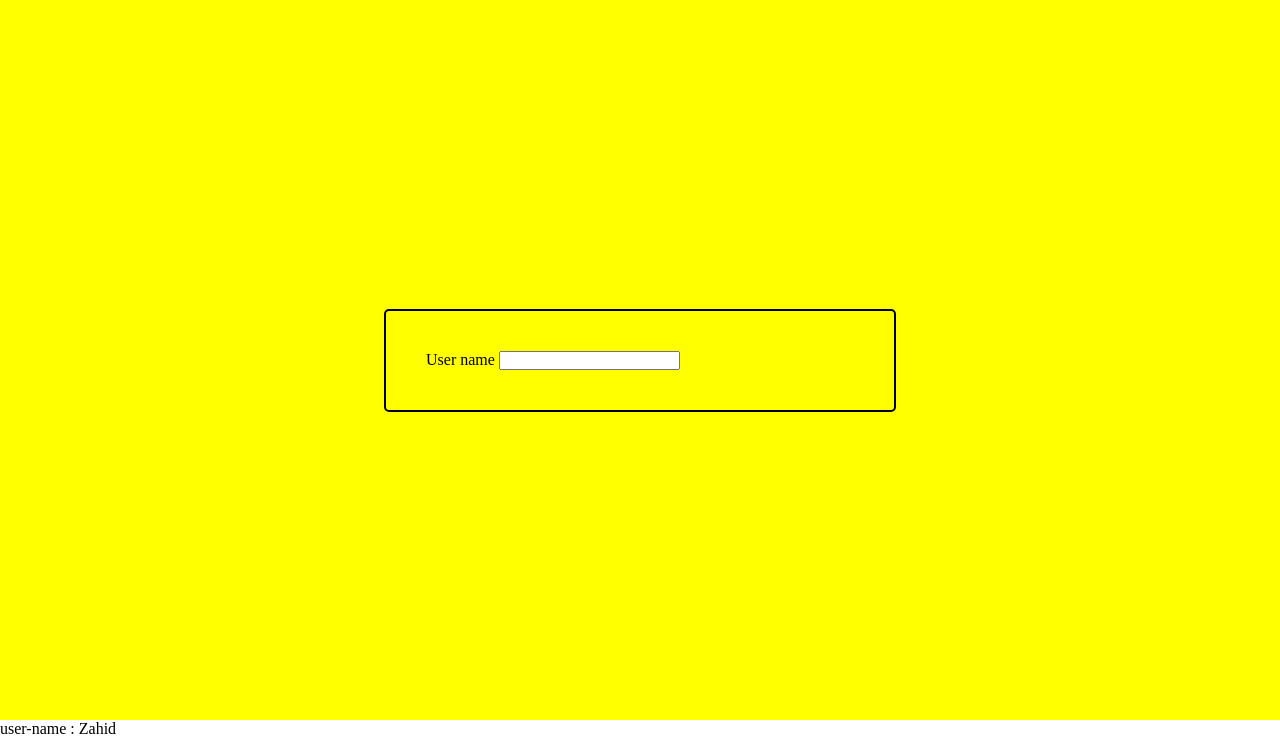
Repository: AytacSafarova/Figma--task
Page: index.html
These files come from the project's save history. The page is drawn as it stood at one moment and after the next save; the edit follows.
The browser window is 1280 px wide. The pictures show the whole page.

Above is the page before, as saved 2023-08-04 15:40:55.
Console error: ReferenceError: camelcase is not defined

### index.html
<!DOCTYPE html>
<html lang="en">

<head>
    <meta charset="UTF-8">
    <meta name="viewport" content="width=device-width, initial-scale=1.0">
    <title>Document</title>
    <link rel="stylesheet" href="./index.css">
</head>
<body>
    <div class="container">
     <form action="">
        <label for="user-name">
            User name
            <input name="user-name" type="text">
        </label>
     </form>
    </div>
</body>
<script src="index.js"></script>

</html>
user-name : Zahid

### index.css
@import url("https://fonts.googleapis.com/css2?family=Roboto&family=Roboto+Slab:wght@700&display=swap");
* {
  margin: 0;
  padding: 0;
  box-sizing: border-box;
}
.container {
  /* padding: 214px 0 231px 121px; */
  width: 100%;
  min-height: 100vh;
  display: flex;
  justify-content:center;
  align-items: center;
  background-color: yellow;
}
.container h1 {
  color: #000;
  font-family: Roboto Slab;
  font-size: 55px;
  font-style: normal;
  font-weight: 700;
  line-height: 101.385%;
}
.container ul {
  margin-top: 62px;
  width: 672px;
}
.container ul li {
  color: #000;
  font-family: Roboto;
  font-size: 24px;
  font-style: normal;
  font-weight: 400;
  line-height: 150%;
}

/* tablet style */
@media screen and (max-width:1024px) {
  .container {
    padding: 127px 0 160px 65px;
  }
  .container h1 {
    font-size: 32px;
  }
  .container ul {
    margin-top: 20px;
    width: 398px;
  }
  .container ul li {
    font-size: 14px;
  }
}

/* mobile style */
@media screen and (max-width: 768px) {

}


span{
  background-color: violet;
  /* display: inline; */
}
.child{
  background-color: teal;
  width: 300px;
  height: 200px;
  margin-right: 20px;

  color: white;
  font-size: 40px;
}

form{
width: 40%;
padding: 40px;
border-radius: 5px;
border:  2px solid black;
}

### index.js
let a=4
a=a+2
a+=2
let userName
camelcase
// kebab case

After the next save:
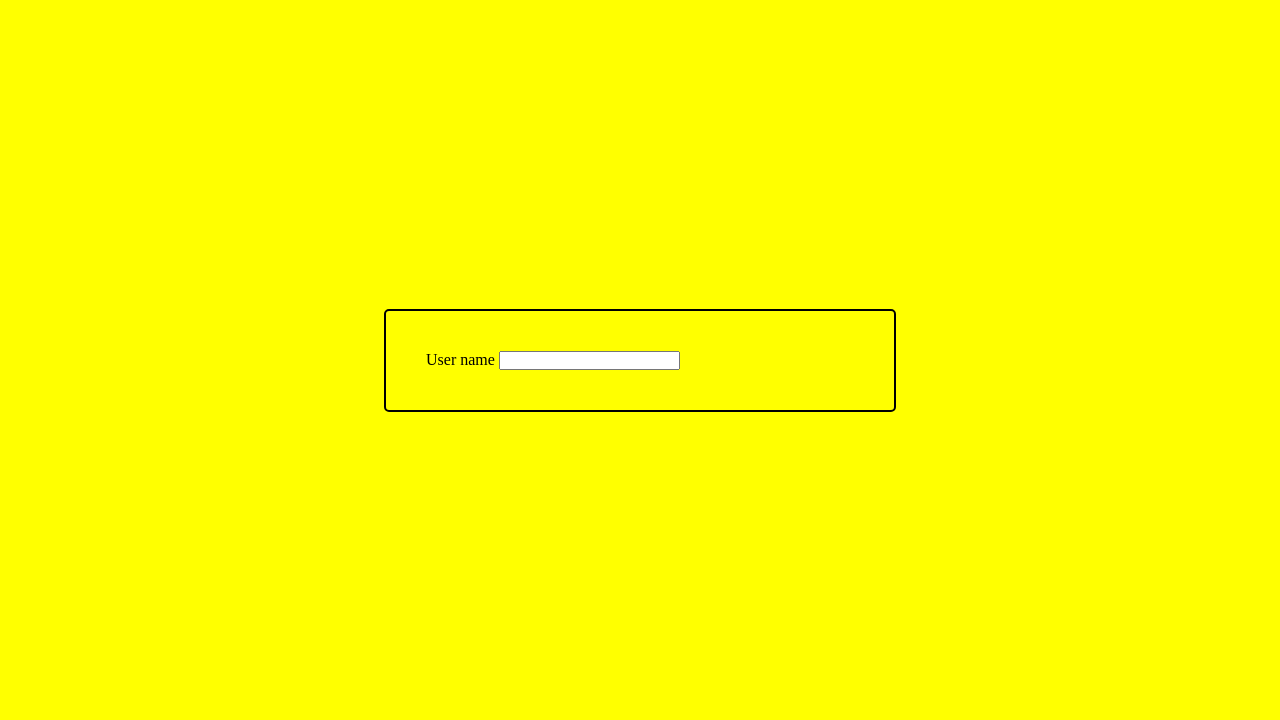
Saved 17 s later.
--- a/index.html
+++ b/index.html
@@ -20,4 +20,3 @@
 <script src="index.js"></script>
 
 </html>
-user-name : Zahid
